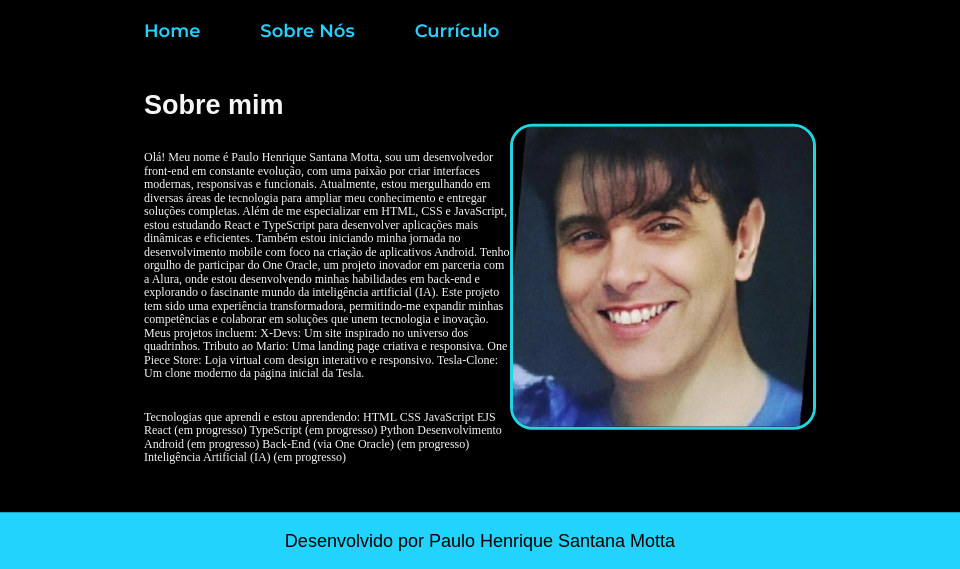
Repository: phsmottanerd/projeto-portfolio-alura
Page: about.html
An editor plug-in stored every save of this project. The page is shown before and after the next save, followed by the edit.
The browser window is 1280 px wide. The pictures show the whole page, at 75% of full size.
Some web fonts or font styles are not loaded; a fallback is used.

Above is the page before, as saved 2025-01-28 00:54:25.

### about.html
<!DOCTYPE html>
<html lang="pt-BR">
<head>
    <meta charset="UTF-8">
    <meta name="viewport" content="width=device-width, initial-scale=1.0">
   <link rel="stylesheet" href="./estilos/style.css">
    <title>Sobre mim</title>
</head>
<body>
<header class="cabecalho">
    <nav class="cabecalho__menu">
        <a class="cabecalho__menu__link" href="index.html">Home</a>
        <a class="cabecalho__menu__link" href="about.html">Sobre Nós</a>
        <a class="cabecalho__menu__link">Currículo</a>
      </nav>
</header>
<main class="apresentacao">
<section class="apresentacao__conteudo">

    <h1 class="apresentacao__conteudo__titulo">Sobre mim</h1>
<p>Olá! Meu nome é Paulo Henrique Santana Motta, sou um desenvolvedor front-end em constante evolução, com uma paixão por criar interfaces modernas, responsivas e funcionais.

    Atualmente, estou mergulhando em diversas áreas de tecnologia para ampliar meu conhecimento e entregar soluções completas. Além de me especializar em HTML, CSS e JavaScript, estou estudando React e TypeScript para desenvolver aplicações mais dinâmicas e eficientes. Também estou iniciando minha jornada no desenvolvimento mobile com foco na criação de aplicativos Android.

    Tenho orgulho de participar do One Oracle, um projeto inovador em parceria com a Alura, onde estou desenvolvendo minhas habilidades em back-end e explorando o fascinante mundo da inteligência artificial (IA). Este projeto tem sido uma experiência transformadora, permitindo-me expandir minhas competências e colaborar em soluções que unem tecnologia e inovação.

    Meus projetos incluem:

    X-Devs: Um site inspirado no universo dos quadrinhos.
    Tributo ao Mario: Uma landing page criativa e responsiva.
    One Piece Store: Loja virtual com design interativo e responsivo.
    Tesla-Clone: Um clone moderno da página inicial da Tesla.</p>
<p>Tecnologias que aprendi e estou aprendendo:
    HTML
    CSS
    JavaScript
    EJS
    React (em progresso)
    TypeScript (em progresso)
    Python
    Desenvolvimento Android (em progresso)
    Back-End (via One Oracle) (em progresso)
    Inteligência Artificial (IA) (em progresso)</p>
</section>

<img class="img-foto" src="./img/1722867171561.jpg" alt="Paulo Henrique Santana Motta  programando" />
</main>
<footer class="rodape">
    <p>Desenvolvido por Paulo Henrique Santana Motta</p>


</footer>

</body>
</html>

### estilos/style.css
@import url('https://fonts.googleapis.com/css2?family=Krona+One&family=Montserrat:wght@400;600&display=swap');

*{
    margin: 0;
    padding: 0;
}

body{

    box-sizing: border-box;
    background-color: #000000;
    color: #F6F6F6;
}
.cabecalho{
padding: 2%  0%  0%  15%;


}
.cabecalho__menu{

    display:flex;
    gap:80px;
}

.cabecalho__menu__link{

    font-family:'Montserrat',sans-serif;
    font-size:24px;
    font-weight:600;
    color:#22D4FD;
    text-decoration:none;
}

.titulo-destaque{
    color: #22D4FD;
}

.apresentacao{
    padding: 5% 15%;
    display: flex;
    align-items: center;
    justify-content: space-between;
}
.apresentacao__conteudo{
    width: 615px;
    display: flex;
    flex-direction: column;
    gap: 40px;
}

.apresentacao__conteudo__titulo{
    font-size: 36px;
    font-family: 'Krona One', sans-serif;
}

.apresentacao__conteudo__texto{
    font-size: 24px;
    font-family: 'Montserrat', sans-serif;
}

.apresentacao__links{
    display: flex;
    flex-direction: column;
    justify-content: space-between;
    align-items: center;
    gap: 32px;
}
.apresentacao__links__subtitulo{
    font-family: 'Krona One', sans-serif;
    font-weight: 400;
    font-size: 24px;
}
.apresentacao__links__link{

    /* background-color: #22D4FD; */
    justify-content:center;
    gap:16px;
    display:flex;
    border: 2px solid #22D4FD;
    width: 378px;
    text-align: center;
    border-radius: 8px;
    font-size: 24px;
    font-weight: 600;
    padding: 21.5px 0;
    text-decoration: none;
    color: #F6F6F6;
    font-family: 'Montserrat', sans-serif;
}
.apresentacao__links__link:hover{

background-color:#272727;

}
.rodape{
padding: 24px;
color:#000;
background-color:#22D4FD;
text-align:center;
font-family:"Montsearrat",sans-serif;
 font-size: 24px;
 font-weight: 400;
}
.img-foto{
border-radius:30px;
border: 4px solid #22D4DF;
width: 500px;
heighit: 500px;
}

After the next save:
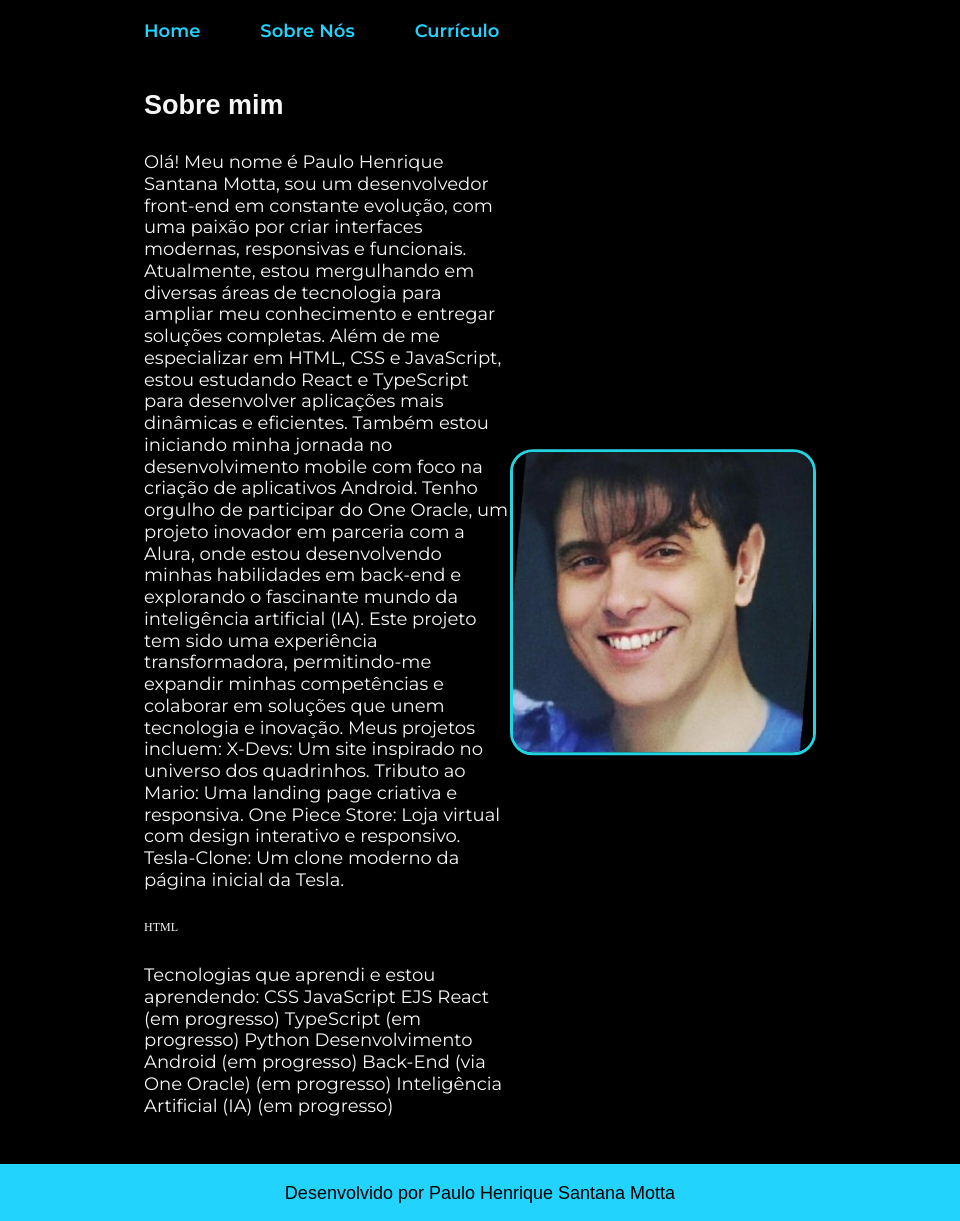
Saved 2 min 57 s later.
--- a/about.html
+++ b/about.html
@@ -18,7 +18,7 @@
 <section class="apresentacao__conteudo">
 
     <h1 class="apresentacao__conteudo__titulo">Sobre mim</h1>
-<p>Olá! Meu nome é Paulo Henrique Santana Motta, sou um desenvolvedor front-end em constante evolução, com uma paixão por criar interfaces modernas, responsivas e funcionais.
+<p class="apresentacao__conteudo__texto">Olá! Meu nome é Paulo Henrique Santana Motta, sou um desenvolvedor front-end em constante evolução, com uma paixão por criar interfaces modernas, responsivas e funcionais.
 
     Atualmente, estou mergulhando em diversas áreas de tecnologia para ampliar meu conhecimento e entregar soluções completas. Além de me especializar em HTML, CSS e JavaScript, estou estudando React e TypeScript para desenvolver aplicações mais dinâmicas e eficientes. Também estou iniciando minha jornada no desenvolvimento mobile com foco na criação de aplicativos Android.
 
@@ -30,8 +30,8 @@
     Tributo ao Mario: Uma landing page criativa e responsiva.
     One Piece Store: Loja virtual com design interativo e responsivo.
     Tesla-Clone: Um clone moderno da página inicial da Tesla.</p>
-<p>Tecnologias que aprendi e estou aprendendo:
     HTML
+    <p class="apresentacao__conteudo__texto">Tecnologias que aprendi e estou aprendendo:
     CSS
     JavaScript
     EJS
